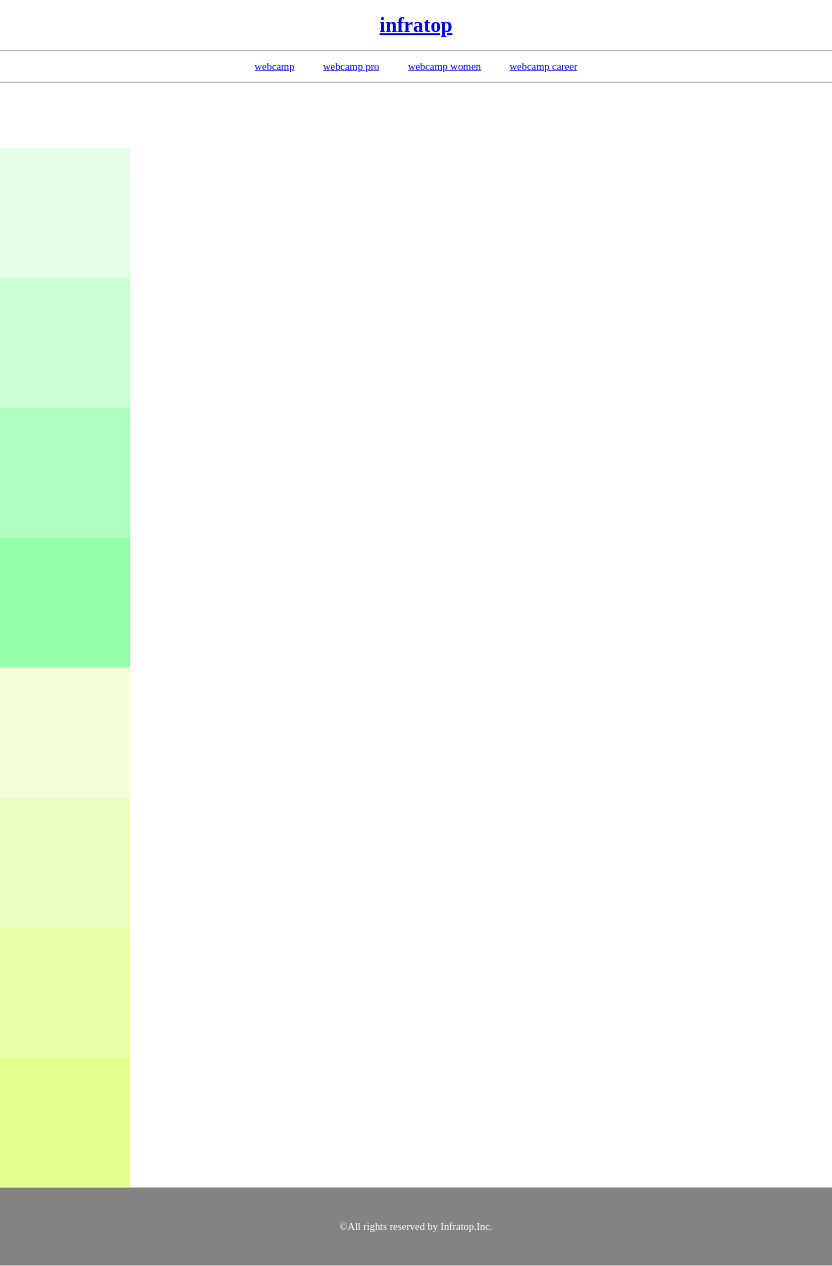
Repository: pooh0721/-
Page: chapter5/index.html
The author's editor kept a record of every edit. The page is drawn from the files as they stood at one moment, then again after the next edit.
The browser window is 1280 px wide. The pictures show the whole page, at 65% of full size.

Above is the page before.

### chapter5/index.html
<!DOCTYPE html>
<html lang="ja">
  <head>
    <meta charset="UTF-8" />
    <!-- CSSファイルの読み込み -->
    <link rel="stylesheet" href="style.css" />
    <title>CARAVAN</title>
  <head>
    <body>
      <header>
        <h1 class="heading">
          <a href="index.html">infratop
          </a>
        </h1>
      </header>
      <nav>
        <ul class="nav-list">
          <li class="nav-list-item">
            <a href="index.html" >webcamp</a>
          </li>
           <li class="nav-list-item">
            <a href="index.html" >webcamp pro</a>
          </li>
           <li class="nav-list-item">
            <a href="index.html" >webcamp women</a>
          </li>
           <li class="nav-list-item">
            <a href="index.html" >webcamp career</a>
          </li>


        </ul>
      </nav>
      <div class="main"></div>

      <div class="box1"></div>

      <div class="box2"></div>

      <div class="box3"></div>

      <div class="box4"></div>

      <div class="box5"></div>

      <div class="box6"></div>

      <div class="box7"></div>

      <div class="box8"></div>

      <div class="box"></div>

      <div class="box"></div>

      <div class="box"></div>

      <div class="box"></div>


      <footer>
        <p class="footer-text"> ©All rights reserved by Infratop.Inc.</p>
      </footer>
    </body>



  <html>

### chapter5/style.css
* {
  margin: 0;
  padding: 0;
  box-sizing: border-box;
}

header {
  width: 100%; /* 横幅90% */
  padding: 20px 0;
  margin: 0 auto;
  text-align: center;
}


.nav-list {
  text-align: center;
  padding:15px ;
   margin: 0 auto;
  border-bottom: 1px solid #848282;
  border-top: 1px solid #848282;
  }

.nav-list-item {
  list-style: none;
  display: inline-block;
  margin: 0 20px;
}

.main {
  width: 800px;
  margin: 50px auto;
  display: flex;
  flex-wrap: wrap;

}

.box1 {
  width: 200px;
  height: 200px;
  background-color: #e6ffe9;
}

.box2 {
  width: 200px;
  height: 200px;
  background-color: #cbffd3;
}

.box3 {
  width: 200px;
  height: 200px;
  background-color: #aeffbd;
}

.box4 {
  width: 200px;
  height: 200px;
  background-color: #93ffab;
}

.box5 {
  width: 200px;
  height: 200px;
  background-color: #f3ffd8;
}

.box6 {
  width: 200px;
  height: 200px;
  background-color: #edffbe;
}

.box7 {
  width: 200px;
  height: 200px;
  background-color: #e9ffa5;
}

.box8 {
  width: 200px;
  height: 200px;
  background-color: #e4ff8d;
}

.box9 {
  width: 200px;
  height: 200px;
  background-color: #d9e5ff;
}

.box10 {
  width: 200px;
  height: 200px;
  background-color: #bad3ff;
}

.box11 {
  width: 200px;
  height: 200px;
  background-color: #a4c6ff;
}

.box12 {
  width: 200px;
  height: 200px;
  background-color: #8eb8ff;
}

footer {
  width: 100%;
  height: 120px;
  text-align: center;
  line-height: 120px;
  background-color: #848282;
}


footer {
  width: 100%;
  height: 120px;
  text-align: center;
  line-height: 120px;
  background-color: #848282;
}

.footer-text {
  color: #fff;
}

After the next edit:
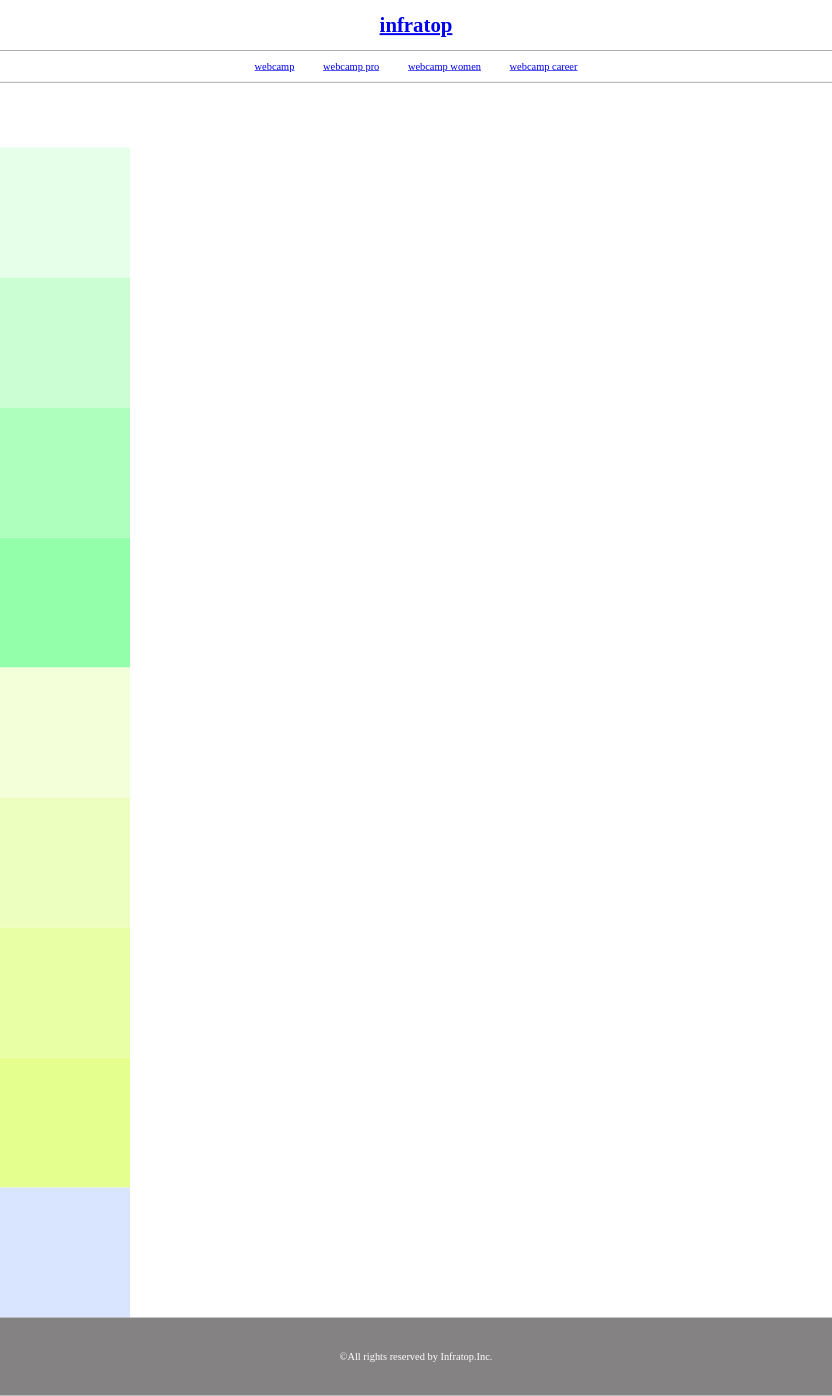
The edit:
--- a/chapter5/index.html
+++ b/chapter5/index.html
@@ -49,7 +49,7 @@
 
       <div class="box8"></div>
 
-      <div class="box"></div>
+      <div class="box9"></div>
 
       <div class="box"></div>
 
